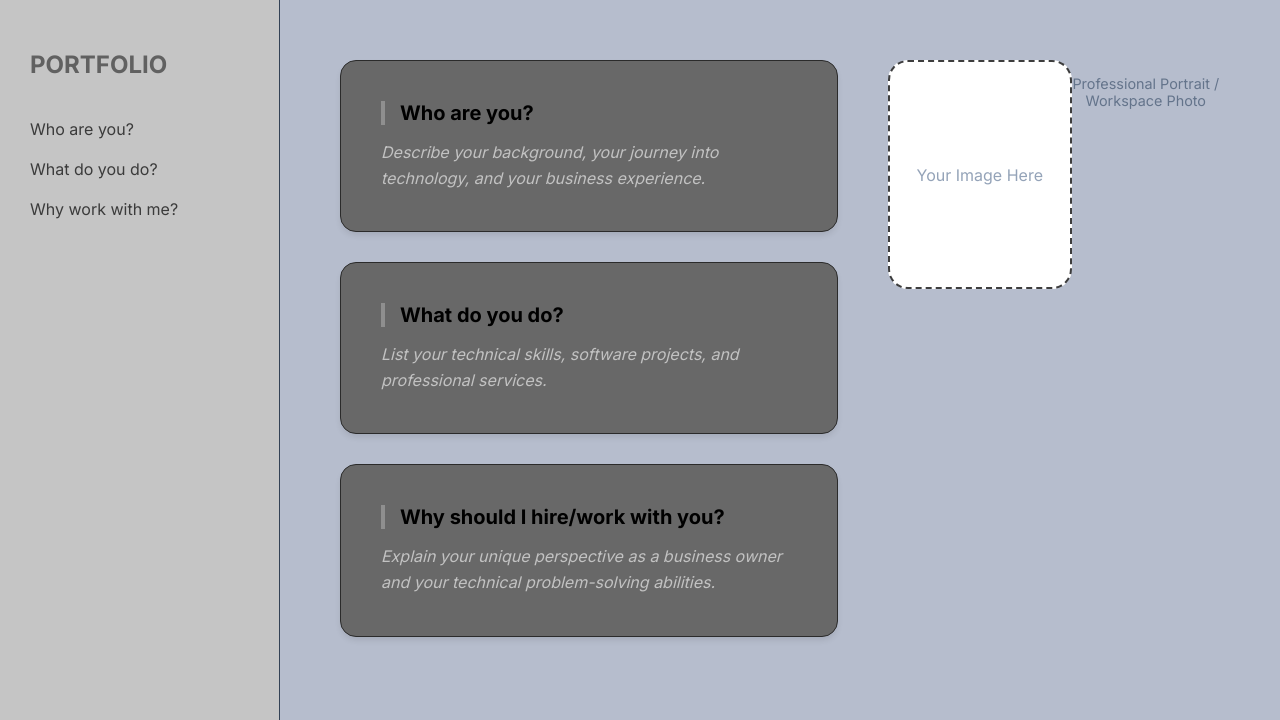
Repository: KevinSamaha/Kevin_Samaha
Page: index.html
An editor plug-in stored every save of this project. The page is shown before and after the next save, followed by the edit.
The browser window is 1280 px wide. The pictures show the whole page.

Above is the page before, as saved 2026-05-03 16:21:29.

After the next save:
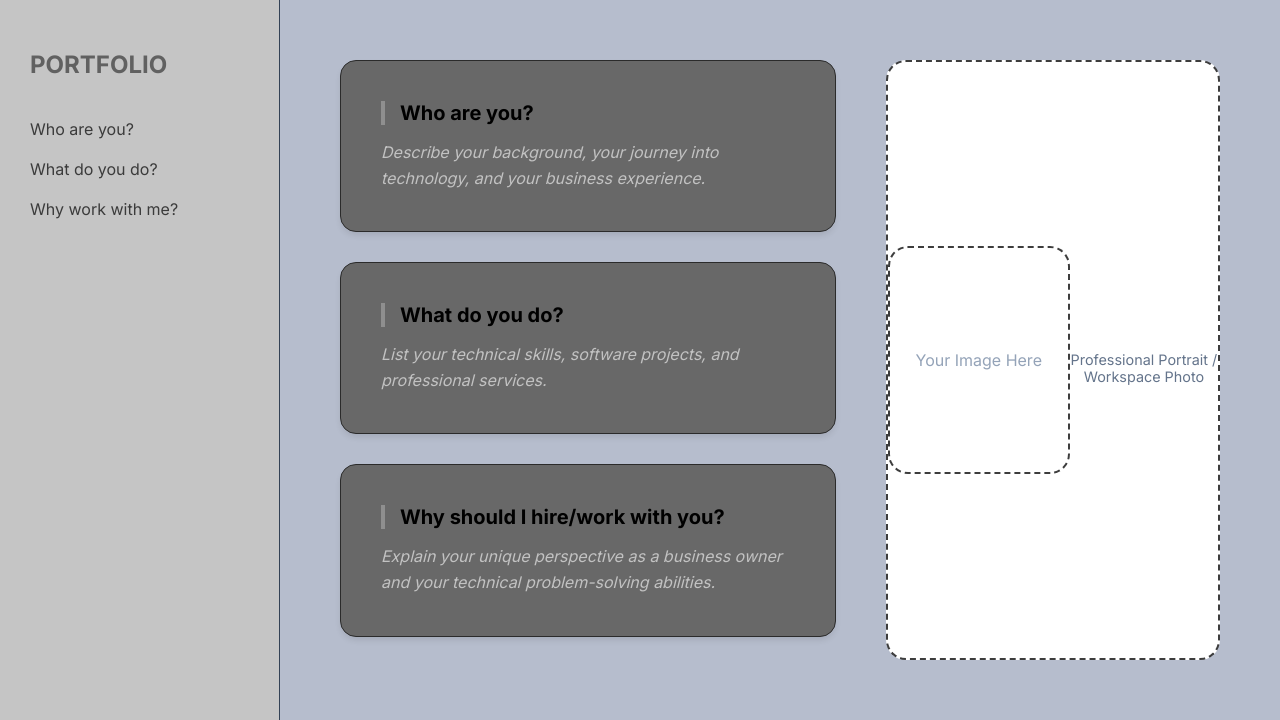
Saved 38 s later.
--- a/style.css
+++ b/style.css
@@ -103,6 +103,15 @@ h2 {
     max-width: 400px;
     position: sticky;
     top: 60px;
+    width: 100%;
+    aspect-ratio: 4 / 5;
+    background-color: #ffffff;
+    border: 2px dashed #3d3d3d;
+    border-radius: 20px;
+    display: flex;
+    align-items: center;
+    justify-content: center;
+    overflow: hidden;
 }
 
 .profile-container {
